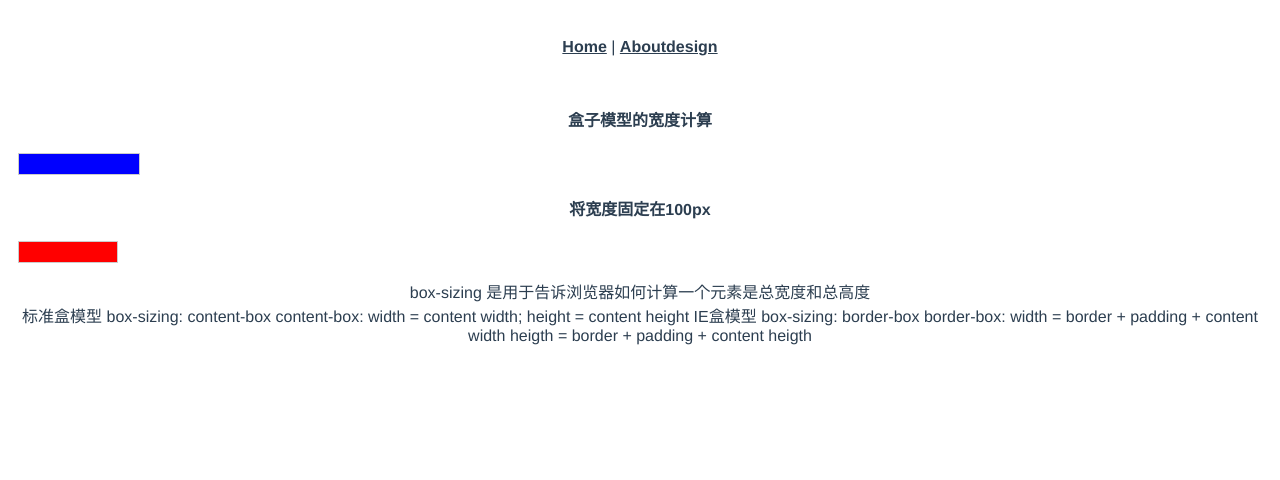
Repository: 1025215705/design
Page: /layout/1 (app in vue-ts/)
The author's editor kept a copy of each file at every save. The page is drawn from the files as they stood at one save, then again after the next save.
The browser window is 1280 px wide. The pictures show the whole page.
The project was rebuilt for these pictures with package versions that can differ from the ones it lists, and the page was loaded fresh each time. Also part of the build but not shown: vue-ts/src/components/HelloWorld.vue, vue-ts/src/views/Home.vue, vue-ts/src/practice/design/adaptee.ts, vue-ts/src/practice/design/decorator.ts, vue-ts/src/practice/design/observer.ts, vue-ts/src/practice/design/proxy.ts, vue-ts/src/practice/design/singletonLogin.ts, vue-ts/src/practice/design/userFactory.ts and 3 more.

Above is the page before, as saved 2020-12-11 11:40:20.

### vue-ts/src/main.ts
import Vue from 'vue'
import App from './App.vue'
import router from './router'
import store from './store'
import ElementUI from 'element-ui'
import 'element-ui/lib/theme-chalk/index.css'
Vue.config.productionTip = false
Vue.use(ElementUI);
new Vue({
  router,
  store,
  render: h => h(App)
}).$mount('#app')

### vue-ts/src/App.vue
<template>
  <div id="app">
    <div id="nav">
      <router-link to="/">Home</router-link> |
      <router-link to="/about">About</router-link>
      <router-link to="/design">design</router-link>
    </div>
    <router-view/>
  </div>
</template>

<style lang="scss">
#app {
  font-family: Avenir, Helvetica, Arial, sans-serif;
  -webkit-font-smoothing: antialiased;
  -moz-osx-font-smoothing: grayscale;
  text-align: center;
  color: #2c3e50;
}

#nav {
  padding: 30px;

  a {
    font-weight: bold;
    color: #2c3e50;

    &.router-link-exact-active {
      color: #42b983;
    }
  }
}
</style>

### vue-ts/src/router/index.ts
import Vue from 'vue'
import VueRouter, { RouteConfig } from 'vue-router'
import Home from '../views/Home.vue'
import design from "../practice/design/index.vue"
import class2To10 from "../practice/class/class2To10.vue"
import  class11To20 from "../practice/class/class11To20.vue"
import css from "../practice/layout/css.vue";
Vue.use(VueRouter)

const routes: Array<RouteConfig> = [
  {
    path: '/',
    name: 'Home',
    component: Home
  },
  {
    path: '/about',
    name: 'About',
    // route level code-splitting
    // this generates a separate chunk (about.[hash].js) for this route
    // which is lazy-loaded when the route is visited.
    component: () => import(/* webpackChunkName: "about" */ '../views/About.vue')
  },
  {
    path: '/design',
    name: 'design',
    // route level code-splitting
    // this generates a separate chunk (about.[hash].js) for this route
    // which is lazy-loaded when the route is visited.
    component: design
  },
  {
    path: '/class/2',
    name: 'class2To10',
    // route level code-splitting
    // this generates a separate chunk (about.[hash].js) for this route
    // which is lazy-loaded when the route is visited.
    component: class2To10
  },
  {
    path: '/class/3',
    name: 'class11To20',
    // route level code-splitting
    // this generates a separate chunk (about.[hash].js) for this route
    // which is lazy-loaded when the route is visited.
    component: class11To20
  },
  {
      path:"/layout/1",
      name:"1",
      component: css
  }
]

const router = new VueRouter({
  mode: 'history',
  base: process.env.BASE_URL,
  routes
})

export default router

### vue-ts/src/practice/layout/css.vue
<template>
	<div>
		<h4>盒子模型的宽度计算</h4>
		<div class="box"></div>
		<h4>将宽度固定在100px</h4>
		<div class="box2"></div>
		<p>
			box-sizing 是用于告诉浏览器如何计算一个元素是总宽度和总高度<br />
			标准盒模型 box-sizing: content-box content-box: width = content
			width; height = content height IE盒模型 box-sizing: border-box
			border-box: width = border + padding + content width heigth = border
			+ padding + content heigth
		</p>
	</div>
</template>
<script>
export default {}
</script>
<style scoped>
.box {
	width: 100px;
	padding: 10px;
	border: 1px solid #ccc;
	margin: 10px;
	background-color: blue;
}
.box2 {
	width: 100px;
	padding: 10px;
	border: 1px solid #ccc;
	margin: 10px;
	background-color: red;
	box-sizing: border-box;
}
</style>

Loaded but not shown: vue-ts/public/index.html (common file); vue-ts/src/store/index.ts (common file)

After the next save:
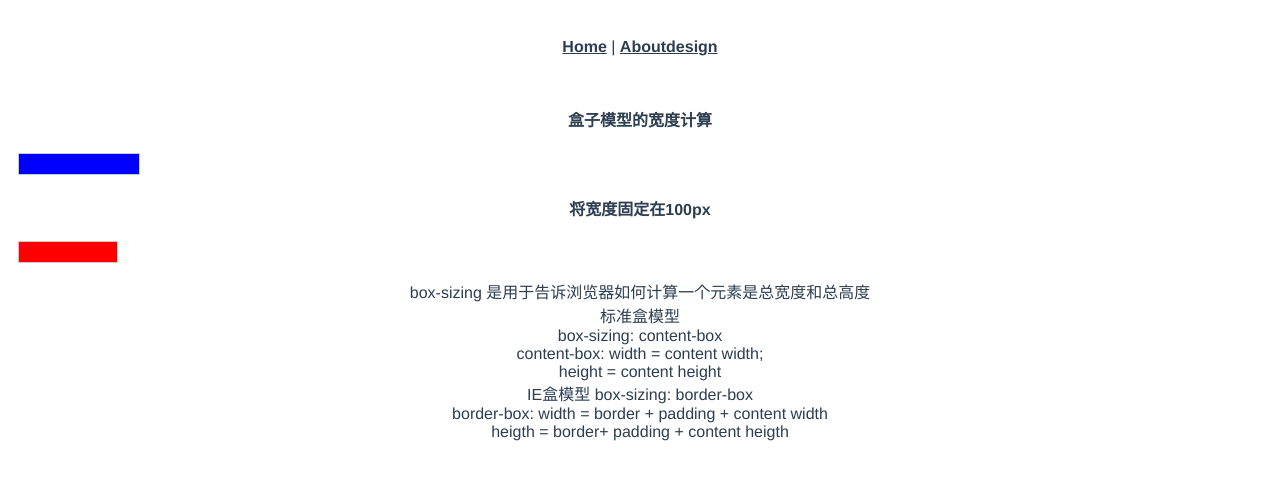
Saved 103 s later.
--- a/vue-ts/src/practice/layout/css.vue
+++ b/vue-ts/src/practice/layout/css.vue
@@ -6,10 +6,13 @@
 		<div class="box2"></div>
 		<p>
 			box-sizing 是用于告诉浏览器如何计算一个元素是总宽度和总高度<br />
-			标准盒模型 box-sizing: content-box content-box: width = content
-			width; height = content height IE盒模型 box-sizing: border-box
-			border-box: width = border + padding + content width heigth = border
-			+ padding + content heigth
+			标准盒模型 <br>
+            box-sizing: content-box <br>
+            content-box: width = content width; <br>
+            height = content height <br>
+            IE盒模型 box-sizing: border-box <br>
+			border-box: width = border + padding + content width <br>
+            heigth = border+ padding + content heigth<br>
 		</p>
 	</div>
 </template>
